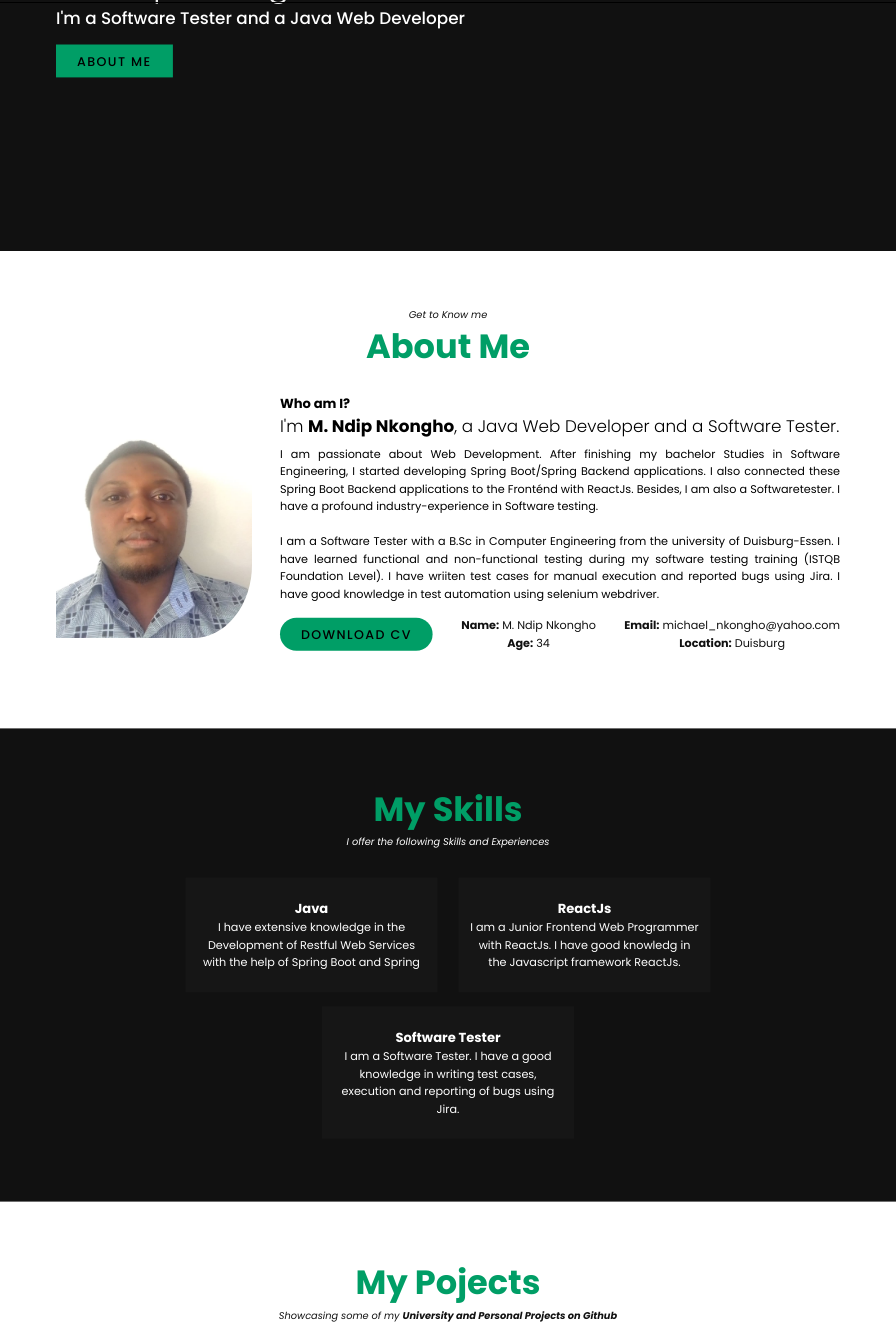
Repository: MichaelNkong/portfolio-project
Page: index.html
These files come from the project's save history. The page is drawn as it stood at one moment and after the next save; the edit follows.
The browser window is 1280 px wide. The pictures show the part of the page from y = 361 to 2261 px (the page is 4443 px tall), at 70% of full size.
A picture or video elsewhere on the page could not be fetched, so the positions and the page height are approximate.

Above is the page before, as saved 2025-03-09 17:59:18.

After the next save:
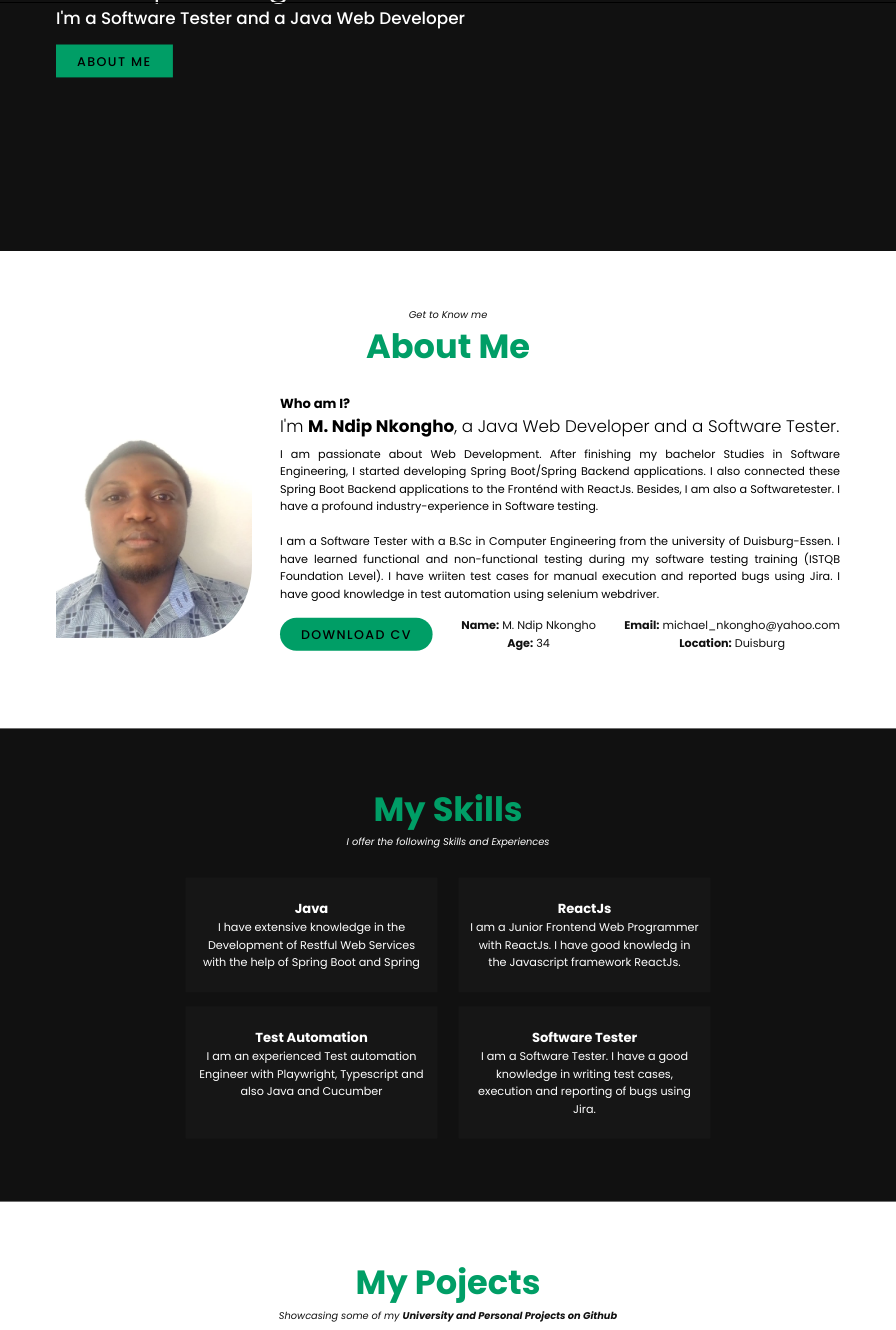
Saved 69 min 9 s later.
--- a/index.html
+++ b/index.html
@@ -81,6 +81,11 @@
                 <h3>  ReactJs</h3>
                 <p>I am a Junior Frontend Web Programmer with ReactJs. I have good knowledg  in the Javascript framework ReactJs.</p>
             </div>
+            <div class="servicesBx">
+
+                <h3>Test Automation </h3>
+                <p>I am an experienced Test automation Engineer with Playwright, Typescript and also Java and Cucumber</p>
+            </div>
 
             <div class="servicesBx">
 
@@ -161,7 +166,7 @@
                         </div>
                         <div class="text">
                             <h3>Address</h3>
-                            <p>Schonnefeld Straße 12,<br>45326 Essen<br>Nordrhein Westphalen<br>Deutschland</p>
+                            <p>Scharnhorst Straße 7,<br>47229 Duisburg<br>Nordrhein Westphalen<br>Deutschland</p>
                         </div>
                     </div>
                     <div class="box">
